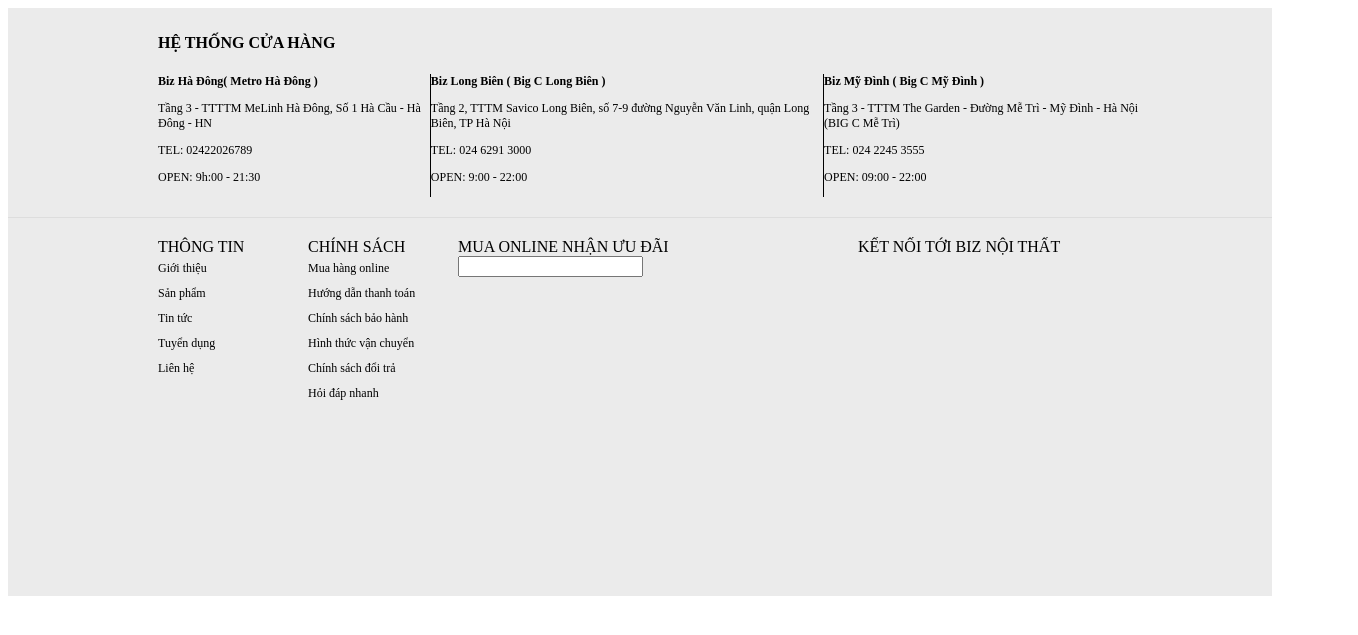
Repository: LongNguyen2504/T3H-FrondEnd
Page: lesson4_css_homework1.html
An editor plug-in stored every save of this project. The page is shown before and after the next save, followed by the edit.
The browser window is 1280 px wide. The page is 1358 px wide, so the pictures cover 1358 px, including what lies to the right of the window. The pictures show the whole page.

Above is the page before, as saved 2021-12-04 21:39:13.

After the next save:
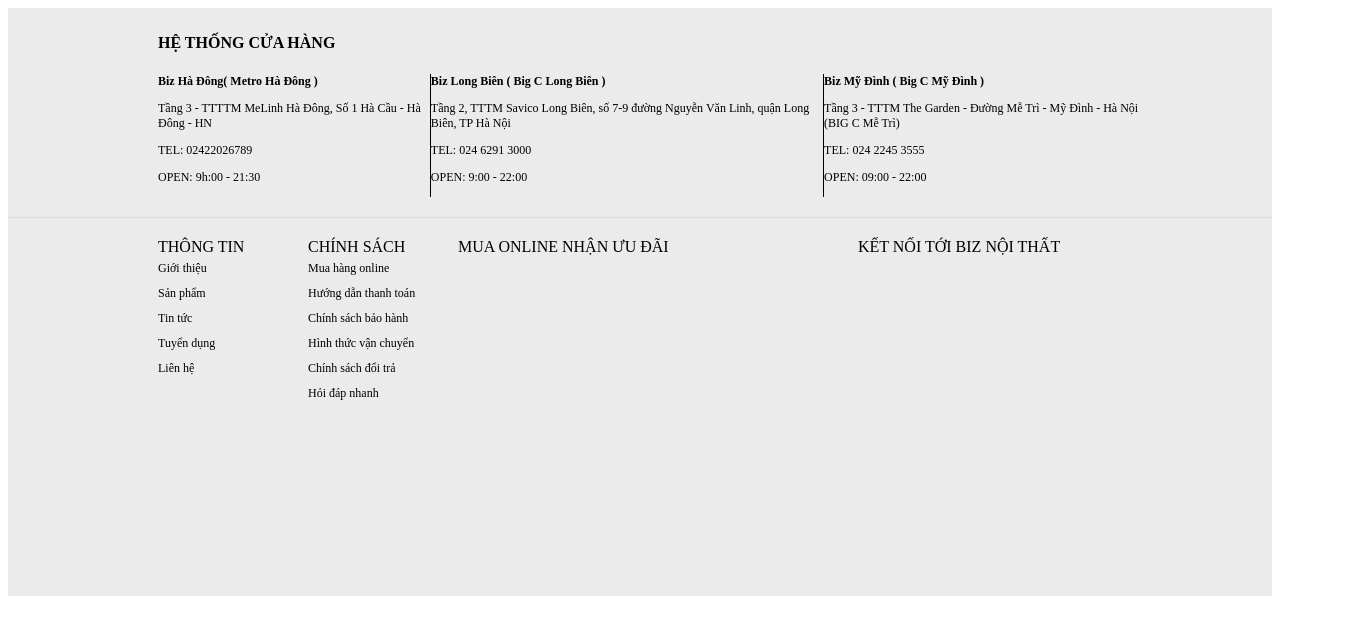
Saved 45 s later.
--- a/lesson4_css_homework1.css
+++ b/lesson4_css_homework1.css
@@ -90,7 +90,7 @@ li{
     padding: 5px;
     margin-left: -5px;
 }
-input #name,#phone,#email,#special{
+#name,#phone,#email,#special{
     border: none;
     background-color: #ebebeb;
 }
